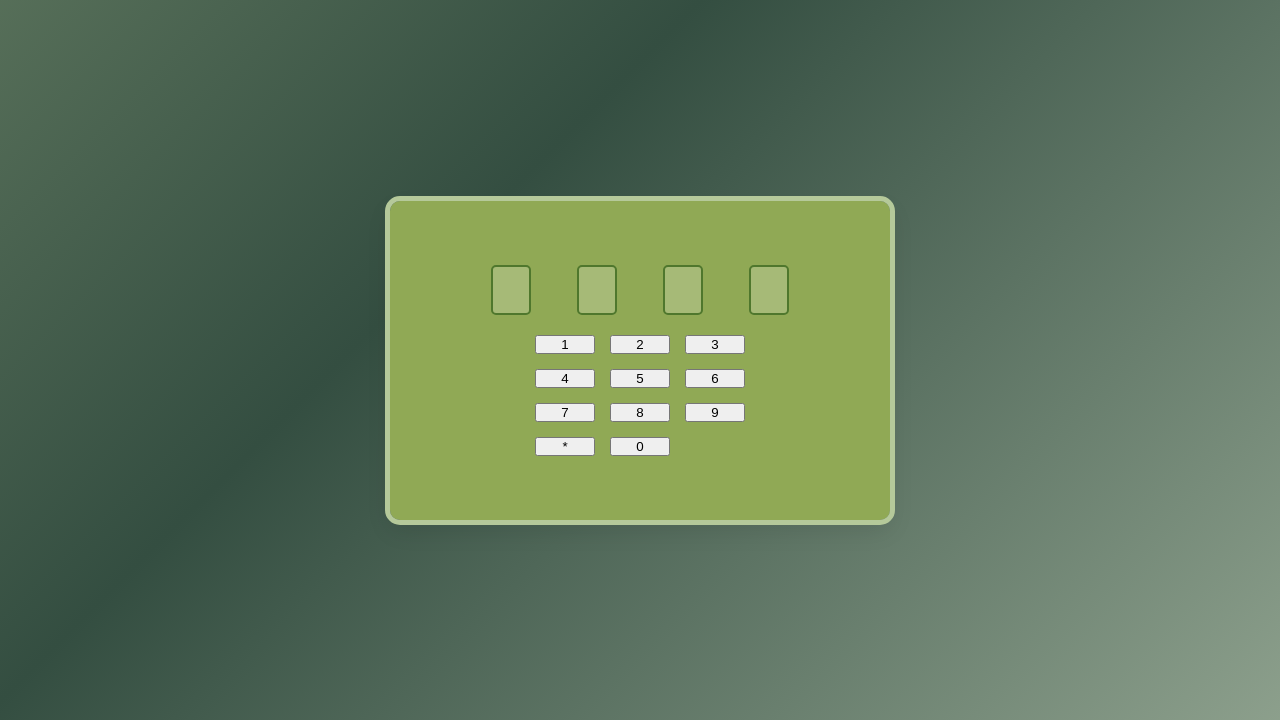
Repository: jahatesu/project-cutie
Page: index.html
The author's editor kept a copy of each file at every save. The page is drawn from the files as they stood at one save, then again after a run of saves.
The browser window is 1280 px wide. The pictures show the whole page.
Some web libraries are served in a nearby version.

Above is the page before, as saved 2025-08-14 21:03:25.
Console error: TypeError: Cannot read properties of null (reading 'getBoundingClientRect')

### index.html
<!DOCTYPE html>
<html lang="en">
<head>
    <meta charset="UTF-8"
    meta http-equiv="X-UA-Compatible" content="IE=edge">
    <meta name="viewport" content="width=device-width, initial-scale=1.0">
    <title>idk yet</title>
    <link rel="stylesheet" href="https://cdnjs.cloudflare.com/ajax/libs/font-awesome/7.0.0/css/all.min.css">
    <link rel="stylesheet" href="style.css">
</head>

<body>
    <div class="wrapper">
        <!-- <i class="fa-solid fa-heart"></i>
        <h2 class="question">Do you wanna see why I think you’re the cutest?</h2>
        <div class="btn-group">
            <button class="btn-yes">Yes</button>
            <button class="btn-no">No</button>
        </div> -->

        <!-- PIN DISPLAY -->
         <div class="pin-display">
            <div class="pin-box"></div>
            <div class="pin-box"></div>
            <div class="pin-box"></div>
            <div class="pin-box"></div>
         </div>

         <!-- HEART BUTTONS -->
         <div class="heart-pad">
             <button data-num = "1">1</button>
          <button data-num = "2">2</button>
          <button data-num = "3">3</button>
          <button data-num = "4">4</button>
          <button data-num = "5">5</button>
          <button data-num = "6">6</button>
          <button data-num = "7">7</button>
          <button data-num = "8">8</button>
          <button data-num = "9">9</button>
          <button data-num = "*">*</button>
          <button data-num = "0">0</button>
         </div>
    </div>

    <script src="script.js"></script>


</body>
</html>

### style.css
:root{
    --bg1:#e9f5db;
    --bg2:#90a955;
    --accent:#b5c99a;
    --ink:#232323;
    --splash-duration: 2600ms;
  }

*{
    margin: 0;
    padding: 0;
    box-sizing: border-box;
}

html, body {
    display: flex;
    justify-content: center;
    align-items: center;
    min-height: 100vh;
  width: 100%;
  height:100%;
}

body {
    background: linear-gradient(-45deg, #e9f5db, #344e41, #b5c99a, #23d5ab);
    background-size: 400% 400%;
    animation: gradient 15s ease infinite;
}

@keyframes gradient {
    0% {
        background-position: 0% 50%;
    }
    50% {
        background-position: 100% 50%;
    }
    100% {
        background-position: 0% 50%;
    }
}
.wrapper{
    position: relative;
    width: 90%;
    padding: 5%;
    max-width: 500px;
    margin: 50px 50px;
    height: fit-content;
    /* max-height: 50%; */
    background: #90a955;
    border-radius: 10px;
    display: flex;
    justify-content: center;
    align-items: center;
    box-shadow: 0 10px 25px rgba(0,0,0,0.1);
    flex-direction: column;
    text-align: center;
    outline: 5px solid #b5c99a;
}

.pin-display{
  display: flex;
  justify-content: space-between;
  margin-bottom: 20px;
  width: 80%;
}

.pin-box{
  width: clamp(30px, 9vw, 40px);
  height: clamp(30px, 9vw, 50px);
  border: 2px solid #4f772d;
  border-radius: 5px;
  background: rgba(255,255,255,0.2);
}

.heart-pad{
  display: grid;
   grid-template-columns: repeat(3, 60px);
  gap: 15px;
}

/* .wrapper i {
  font-size: 50px;
  margin-bottom: 10px;
  color: #e9f5db;
}

i{
    font-size:7.5em;
    color: #e9f5db;
    border: 5px solid transparent;
}

h2{
    font-size: 2em;
    color: #e9f5db;
    margin: 15px 0;
}
@media (max-width: 600px) {
  .h2 {
    font-size: 1.2rem;
  }
}

.btn-group{
    width: 100%;
    height: 40px;
    display: flex;
    justify-content: center;
    margin-top: 15px;
}

button {
    position: absolute;
    width: 150px;
    height: inherit;
    font-size: 1.2em;
    color: #e9f5db;
    font-weight: 600;
    border-radius: 30px;
    border: 2px solid #4f772d;
    cursor: pointer;
    box-shadow: 0 5px 15px rgba(0,0,0,0.3);
}

button:nth-child(1){
    margin-left: -200px;
    background: #4f772d;
    color: #b5c99a;
}

button:nth-child(2){
    margin-right: -200px;
    color: #b5c99a;
}

@media (max-width: 400px) {
  .question {
    font-size: 5vw;
  }
  button {
    font-size: 4vw;
  }
} */

### script.js
const wrapper = document.querySelector(".wrapper");
const question = document.querySelector(".question");
const yesBtn = document.querySelector(".btn-yes");
const noBtn = document.querySelector(".btn-no");

const wrapperRect = wrapper.getBoundingClientRect();
const noBtnRect = noBtn.getBoundingClientRect();


yesBtn.addEventListener('click', () => {
    question.innerHTML = 'I knew it! Love you too <3 ';
})

noBtn.addEventListener('mouseover', () => {
    const i = Math.floor(Math.random() * (wrapperRect.width - noBtnRect.width));
    const j = Math.floor(Math.random() * (wrapperRect.height - noBtnRect.height));
    noBtn.style.left = i + "px";
    noBtn.style.top = j + "px";
})

After the next 3 saves:
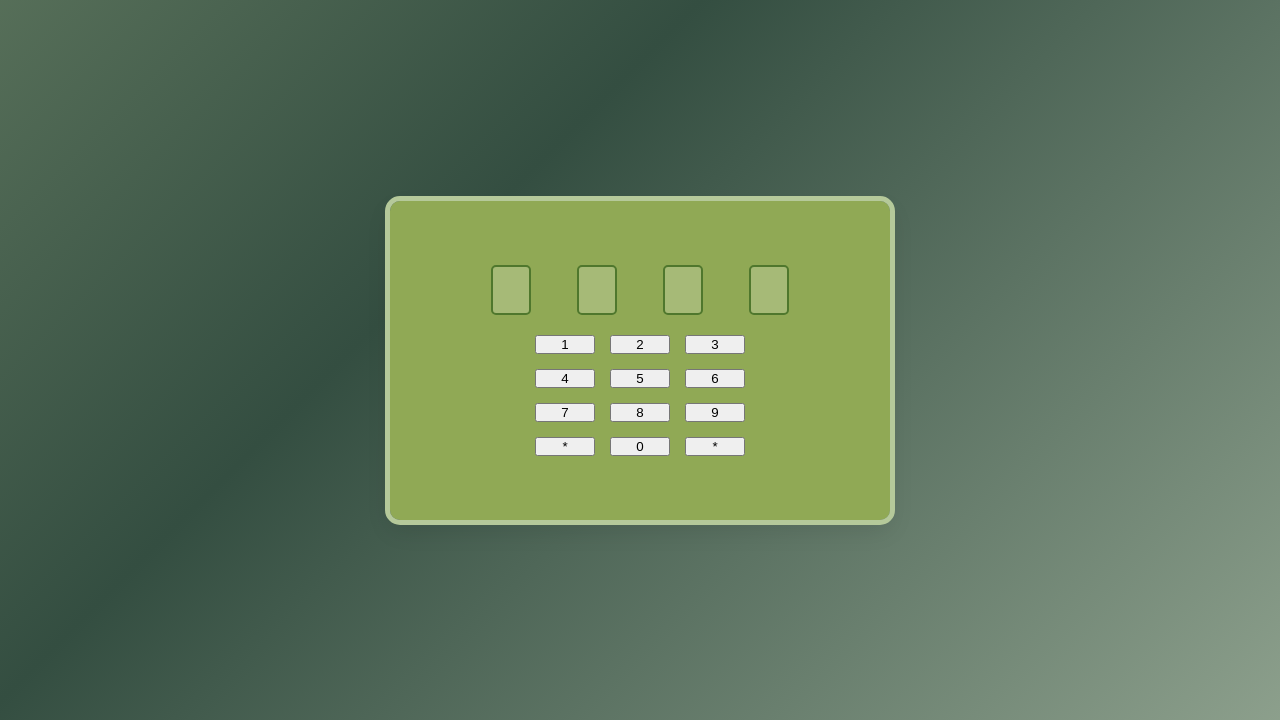
The 3 saves are shown as one change because they came seconds apart.
The last was saved 25 s later.
--- a/index.html
+++ b/index.html
@@ -39,6 +39,7 @@
           <button data-num = "9">9</button>
           <button data-num = "*">*</button>
           <button data-num = "0">0</button>
+          <button data-num = "*\#">*</button>
          </div>
     </div>
 
